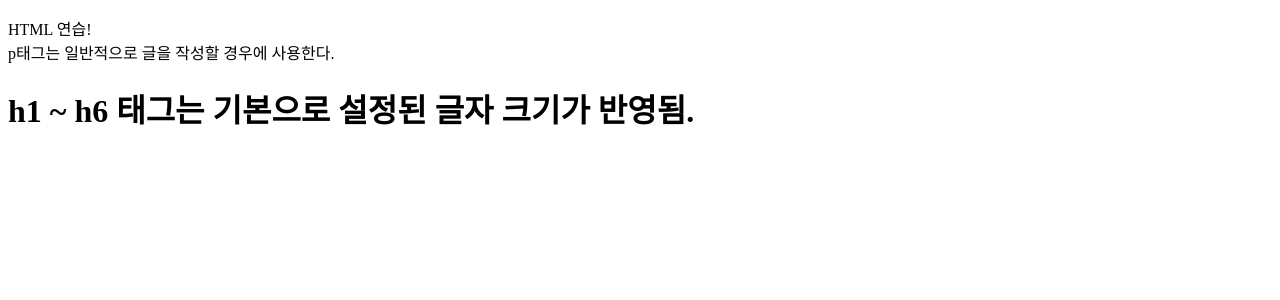
Repository: dongseon0713/myJSP
Page: HTML/src/main/webapp/First.html
An editor plug-in stored every save of this project. The page is shown before and after the next save, followed by the edit.
The browser window is 1280 px wide. The pictures show the whole page.

Above is the page before, as saved 2022-01-17 08:38:34.

After the next save:
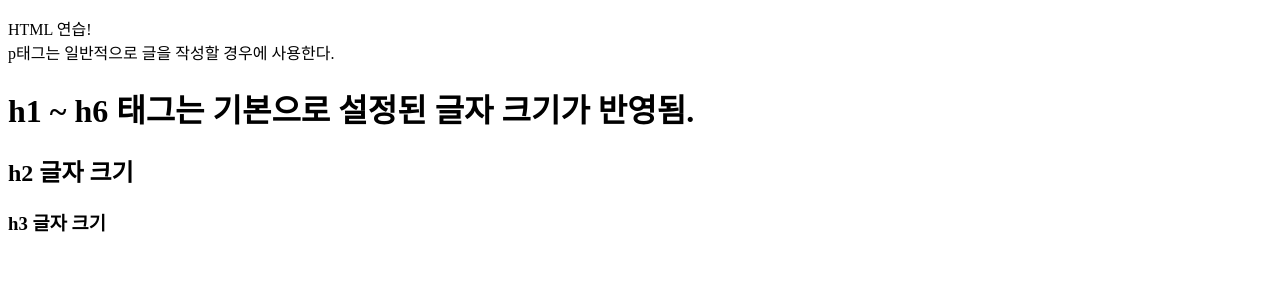
Saved 67 s later.
--- a/HTML/src/main/webapp/First.html
+++ b/HTML/src/main/webapp/First.html
@@ -12,6 +12,7 @@
 	  </p>
 
 	  <h1> h1 ~ h6 태그는 기본으로 설정된 글자 크기가 반영됨.</h1>
-
+	  <h2> h2 글자 크기</h2>
+	  <h3> h3 글자 크기</h3>
 	</body>		<!-- body 끝 태그 -->
 </html>			<!-- HTML 끝 태그 -->
